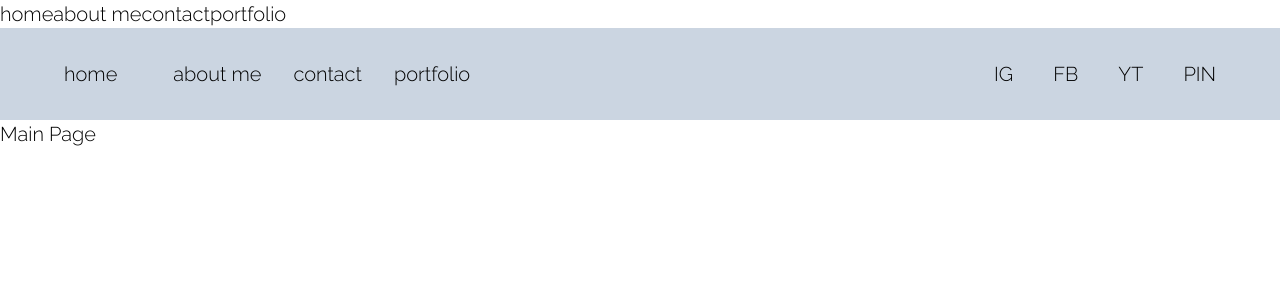
Repository: hubertrh/klaudia-personal-next
Page: /
These files come from the project's save history. The page is drawn as it stood at one moment and after the next save; the edit follows.
The browser window is 1280 px wide. The pictures show the whole page.
The project was rebuilt for these pictures with package versions that can differ from the ones it lists, and the page was loaded fresh each time. The framework's server and built-in components were replaced by stand-ins that run in the browser. Also part of the build but not shown: next.config.js.

Above is the page before, as saved 2023-08-11 13:45:31.

After the next save:
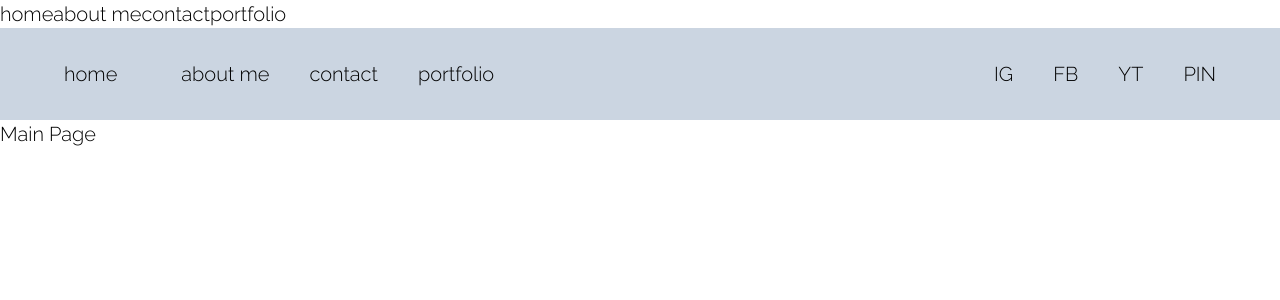
Saved 36 s later.
--- a/app/(site)/layout.tsx
+++ b/app/(site)/layout.tsx
@@ -20,7 +20,7 @@ export default function RootLayout({
       <body className={`${raleway.className} text-xl`}>
         <header className="flex justify-between bg-slate-300 px-16 py-8">
           <nav>
-            <Link className="nav-link !pr-14" href="#!">
+            <Link className="nav-link !pr-16" href="#!">
               home
             </Link>
             <Link className="nav-link" href="#!">
--- a/app/globals.css
+++ b/app/globals.css
@@ -13,7 +13,7 @@ body {
 }
 
 .nav-link {
-  @apply pr-8;
+  @apply pr-10;
 }
 
 .social-icon {
